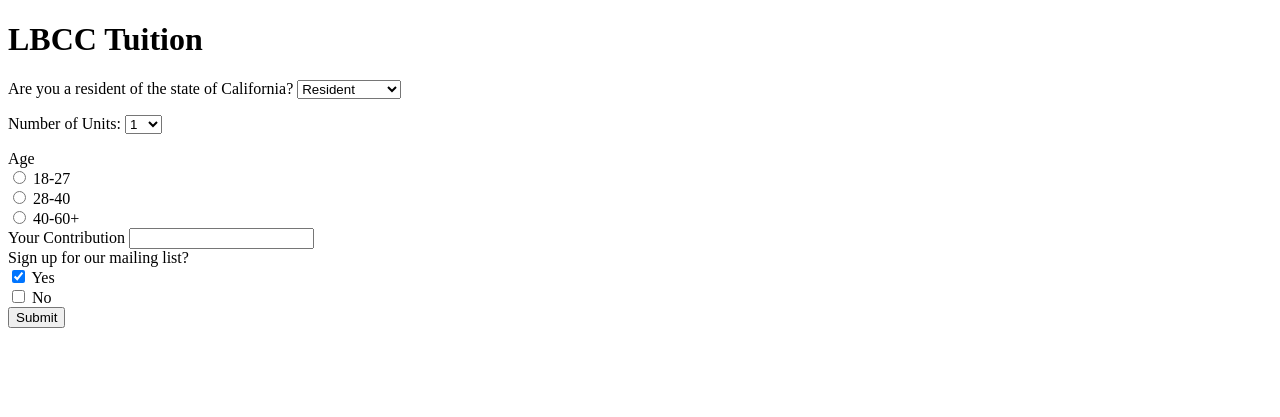
Repository: sunkim96/cosw30
Page: homework/homework3/tuition_calculator.html
The author's editor kept a record of every edit. The page is drawn from the files as they stood at one moment, then again after the next edit.
The browser window is 1280 px wide. The pictures show the whole page.

Above is the page before.

After the next edit:
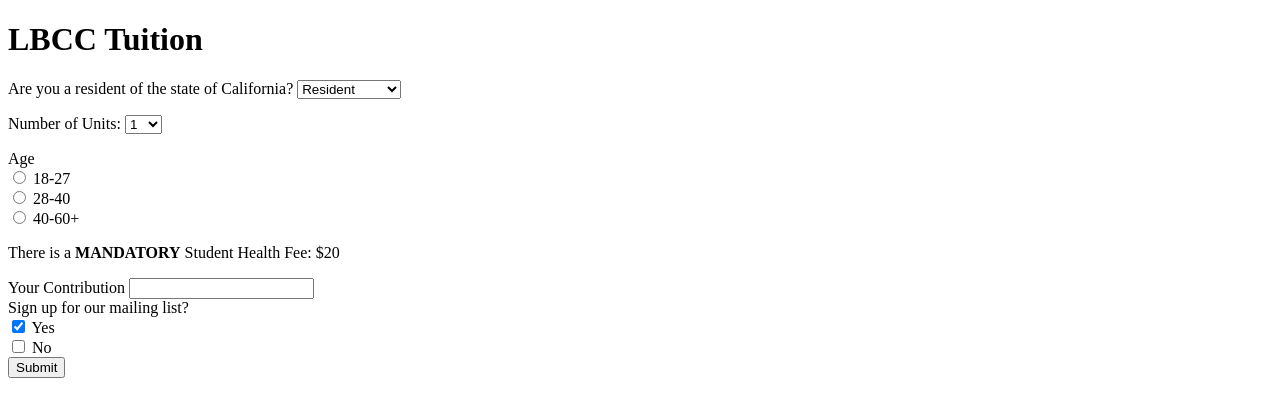
The edit:
--- a/homework/homework3/tuition_calculator.html
+++ b/homework/homework3/tuition_calculator.html
@@ -46,7 +46,7 @@
                 <input type="radio" name="age" value="28-40"> 28-40<br>
                 <input type="radio" name="age" value="40-60"> 40-60+<br>
 
-            <!-- interesting things, checkboxes for these options !-->
+            <p> There is a <strong>MANDATORY</strong> Student Health Fee: $20</p>
 
 
                 <!-- contribution, default value set to 0 !-->
